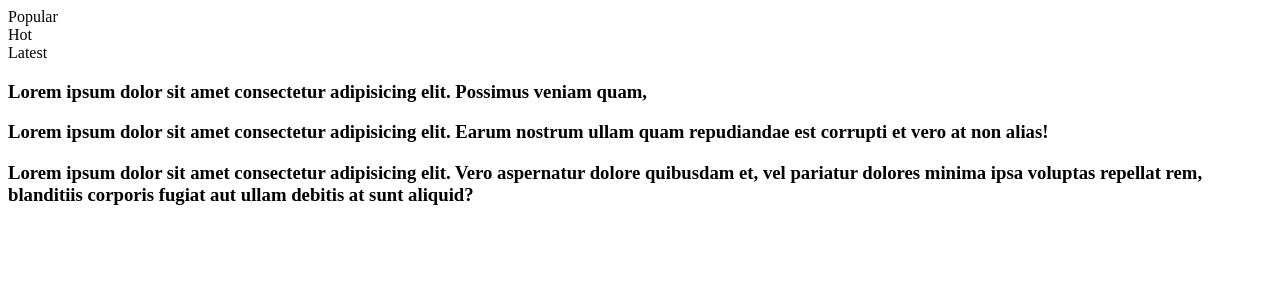
Repository: tungts3qb/Javascript
Page: tab.html
An editor plug-in stored every save of this project. The page is shown before and after the next save, followed by the edit.
The browser window is 1280 px wide. The pictures show the whole page.

Above is the page before, as saved 2022-12-25 00:46:16.

### tab.html
<!DOCTYPE html>
<html lang="en">
  <head>
    <meta charset="UTF-8" />
    <meta http-equiv="X-UA-Compatible" content="IE=edge" />
    <meta name="viewport" content="width=device-width, initial-scale=1.0" />
    <link rel="stylesheet" href="style.css" />
    <title>Tab</title>
  </head>
  <body>
    <div class="tab">
      <div class="tab-list">
        <div class="tab-item active">Popular</div>
        <div class="tab-item">Hot</div>
        <div class="tab-item">Latest</div>
      </div>
      <div class="tab-wrapper">
        <div class="tab-content active">
          <h3 class="post-title">
            Lorem ipsum dolor sit amet consectetur adipisicing elit. Possimus
            veniam quam,
          </h3>
        </div>

        <div class="tab-content">
          <h3 class="post-title">
            Lorem ipsum dolor sit amet consectetur adipisicing elit. Earum
            nostrum ullam quam repudiandae est corrupti et vero at non alias!
          </h3>
        </div>

        <div class="tab-content">
          <h3 class="post-title">
            Lorem ipsum dolor sit amet consectetur adipisicing elit. Vero
            aspernatur dolore quibusdam et, vel pariatur dolores minima ipsa
            voluptas repellat rem, blanditiis corporis fugiat aut ullam debitis
            at sunt aliquid?
          </h3>
        </div>
      </div>
    </div>
    <script src="./tab.js"></script>
  </body>
</html>

### style.css
.button {
  padding: 20px;
  color: white;
  background-color: #ffa400;
  border: 0;
  margin: 50px auto;
  display: block;
  width: 300px;
  font-family: "Poppins", sans-serif;
}

.change {
  display: block;
  padding: 15px 40px;
  border-radius: 10px;
  border: 0;
  color: white;
  font-family: "Poppins", sans-serif;
  margin: 50px auto;
  background-color: #3d6ef7;
}

.menu {
  width: 300px;
  position: fixed;
  top: 0;
  right: 0;
  bottom: 0;
  box-shadow: rgba(100, 100, 111, 0.2) 0px 7px 29px 0px;
  list-style: none;
  transform: translateX(100%);
  transition: transform 0.25s linear;
  margin-top: 0;
  margin-bottom: 0;
}

.menu.is-show {
  transform: translateX(0%);
}

.menu-link {
  display: block;
  padding: 20px 15px;
  color: #333;
  border-bottom: 1px solid #eee;
}

.header {
  padding: 20px;
  display: flex;
  align-items: center;
  justify-content: flex-end;
}

.menu-toggle {
  cursor: pointer;
  font-size: 30px;
  position: relative;
  z-index: 9999;
}

.menu-item a {
  text-decoration: none;
}

/* ============ Tab.html ============= */

Loaded but not shown: tab.js (no stored copy; drawn as an empty file)

After the next save:
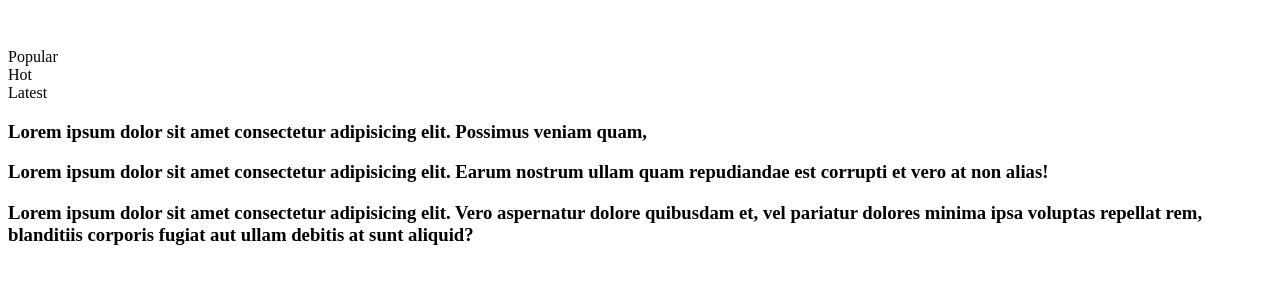
Saved 70 s later.
--- a/style.css
+++ b/style.css
@@ -64,3 +64,7 @@
 }
 
 /* ============ Tab.html ============= */
+
+.tab {
+  margin: 3rem auto;
+}
